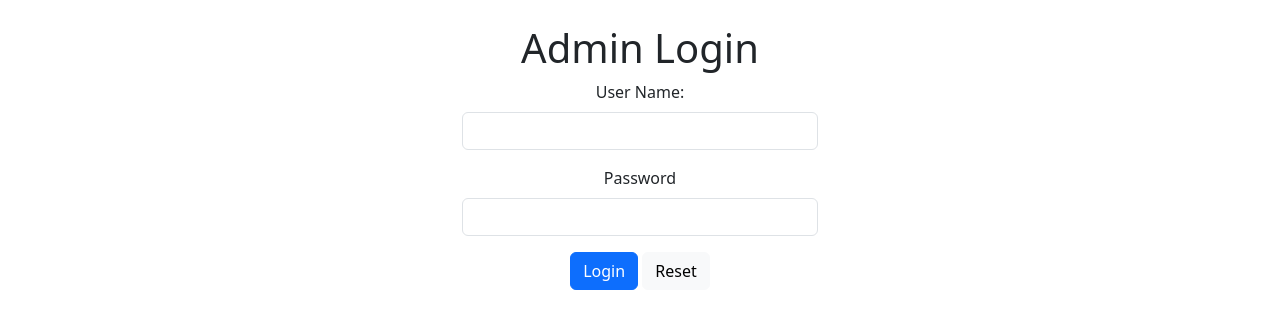
Repository: abhibagul/SimpliLearn-LearnersAcademy-Project
Page: LeanerAcademyProject/src/main/webapp/admin.html
The author's editor kept a copy of each file at every save. The page is drawn from the files as they stood at one save, then again after a run of saves.
The browser window is 1280 px wide. The pictures show the whole page.

Above is the page before, as saved 2023-01-10 11:28:54.

After the next 2 saves:
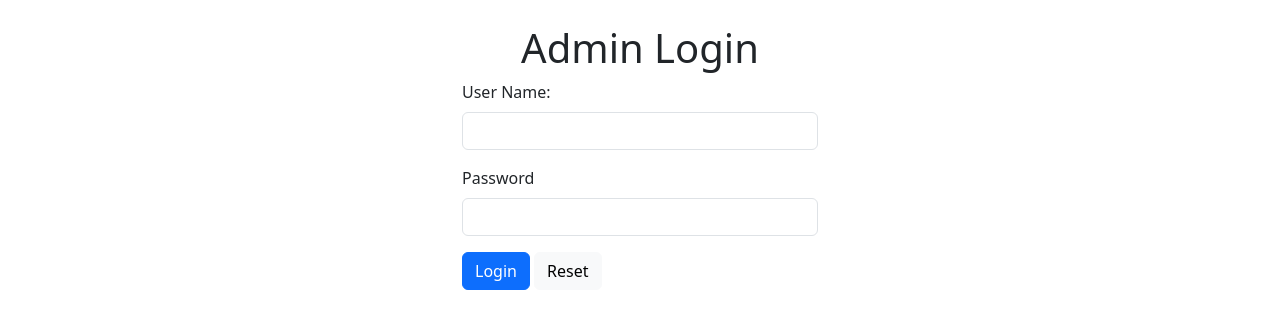
The 2 saves are shown as one change because they came seconds apart.
The last was saved 15 s later.
--- a/LeanerAcademyProject/src/main/webapp/admin.html
+++ b/LeanerAcademyProject/src/main/webapp/admin.html
@@ -10,14 +10,14 @@
 <div class="container">
 <form method="post" action="AdminLogin">
 <div class="row">
-<div class="col-sm-4 offset-4 my-4 text-center">
-	<h1>Admin Login</h1>
+<div class="col-sm-4 offset-4 my-4 ">
+	<h1 class="text-center">Admin Login</h1>
 
-  <div class="mb-3 text-left">
+  <div class="mb-3">
     <label for="exampleInputEmail1" class="form-label">User Name:</label>
     <input type="text" class="form-control" name="username">
   </div>
-  <div class="mb-3 text-left">
+  <div class="mb-3">
     <label for="exampleInputPassword1" class="form-label">Password</label>
     <input type="password" class="form-control" name="password">
   </div>
